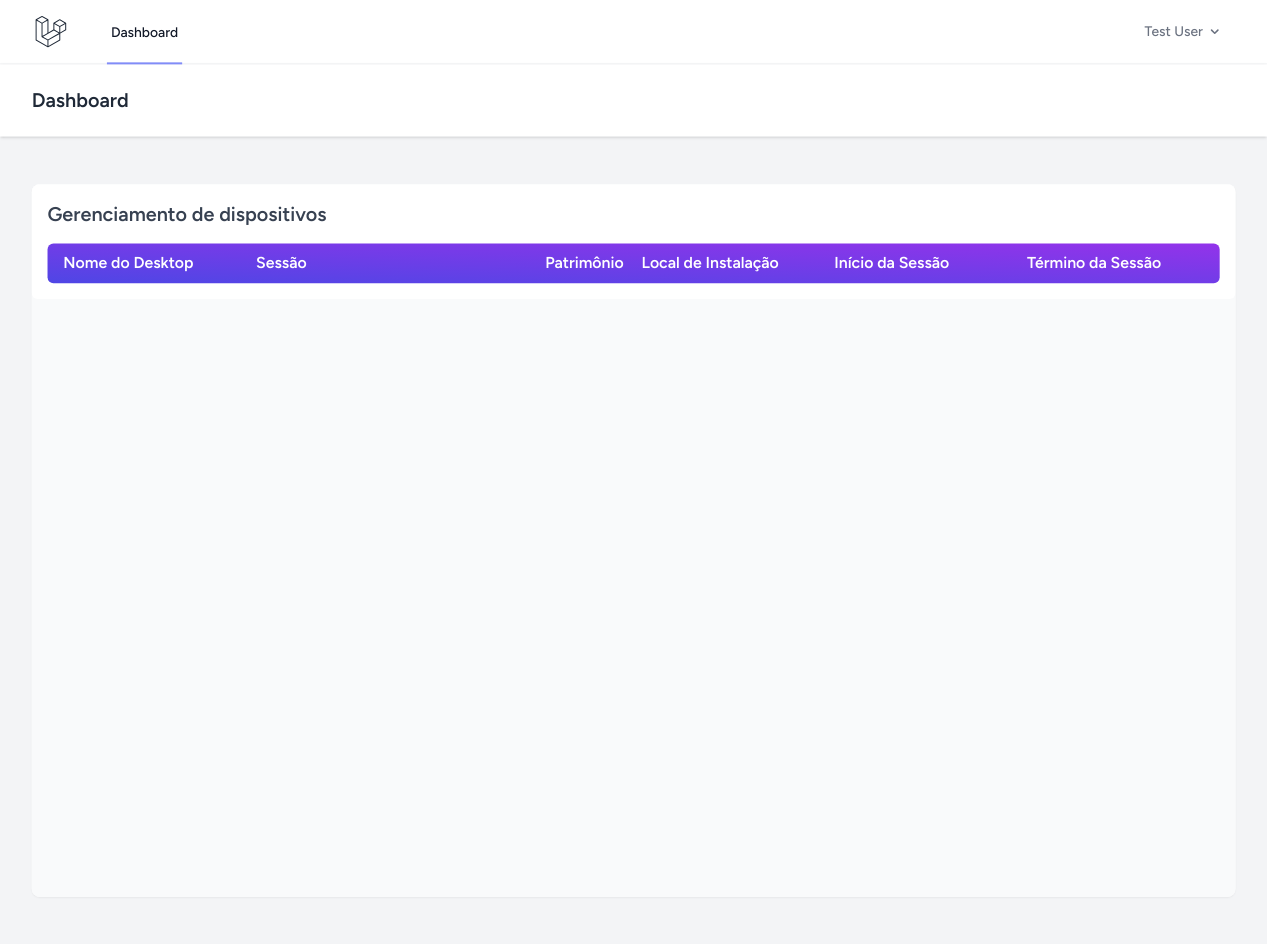
Repository: CrisMorgantee/device-logs
Page: http://localhost/dashboard
The author's editor kept a copy of each file at every save. The page is drawn from the files as they stood at one save, then again after the next save.
The browser window is 1280 px wide. The pictures show the whole page, at 99% of full size.
The page is served by the project's Laravel application, run on PHP 8.4 with Laravel 10. A made-up administrator, Test User (test@example.com), is signed in. Other server files are loaded and not shown. Style sheets and scripts are compiled from the project's sources, by tool versions that may differ from the author's. Queries for data that is not in the repository find no rows.

Above is the page before, as saved 2023-04-14 22:51:31.

### routes/web.php
<?php

use App\Http\Controllers\ProfileController;
use App\Http\Controllers\DeviceLogsController;
use Illuminate\Support\Facades\Route;

/*
|--------------------------------------------------------------------------
| Web Routes
|--------------------------------------------------------------------------
|
| Here is where you can register web routes for your application. These
| routes are loaded by the RouteServiceProvider and all of them will
| be assigned to the "web" middleware group. Make something great!
|
*/

Route::get('/', function () {
    return view('auth.login');
});

Route::get('/dashboard', [DeviceLogsController::class, 'index'])->middleware(['auth', 'verified'])->name('dashboard');

Route::middleware('auth')->group(function () {
    Route::get('/profile', [ProfileController::class, 'edit'])->name('profile.edit');
    Route::patch('/profile', [ProfileController::class, 'update'])->name('profile.update');
    Route::delete('/profile', [ProfileController::class, 'destroy'])->name('profile.destroy');
});

require __DIR__.'/auth.php';

### app/Http/Controllers/DeviceLogsController.php
<?php

namespace App\Http\Controllers;

use App\Models\DeviceLogs;
use Illuminate\Http\Request;

class DeviceLogsController extends Controller
{
    /**
     * Display a listing of the resource.
     */
    public function index()
    {
        $logs = DeviceLogs::all();

        return view('dashboard', ['logs' => $logs]);
    }

    /**
     * Show the form for creating a new resource.
     */
    public function create()
    {
        //
    }

    /**
     * Store a newly created resource in storage.
     */
    public function store(Request $request)
    {
        //
    }

    /**
     * Display the specified resource.
     */
    public function show(DeviceLogs $deviceLogs)
    {
        //
    }

    /**
     * Show the form for editing the specified resource.
     */
    public function edit(DeviceLogs $deviceLogs)
    {
        //
    }

    /**
     * Update the specified resource in storage.
     */
    public function update(Request $request, DeviceLogs $deviceLogs)
    {
        //
    }

    /**
     * Remove the specified resource from storage.
     */
    public function destroy(DeviceLogs $deviceLogs)
    {
        //
    }
}

### app/Models/DeviceLogs.php
<?php

namespace App\Models;

use Illuminate\Database\Eloquent\Factories\HasFactory;
use Illuminate\Database\Eloquent\Model;

class DeviceLogs extends Model
{
    use HasFactory;

    public $fillable = [
        'machine_name',
        'session',
        'patrimony',
        'location'
    ];


    protected $dates = [
      'start_session_at',
      'end_session_at'
  ];

}

### resources/views/dashboard.blade.php
<x-app-layout>
  <x-slot name="header">
    <h2 class="text-xl font-semibold leading-tight text-gray-800">
      {{ __('Dashboard') }}
    </h2>
  </x-slot>

  <div class="py-12">
    <div class="mx-auto max-w-7xl sm:px-6 lg:px-8">
      <div class="overflow-hidden bg-white shadow-sm sm:rounded-lg">
        <div class="min-h-screen bg-gray-50">
          <div class="rounded-md bg-white p-4">
            <h2 class="mb-4 text-xl font-bold text-gray-700">Gerenciamento de dispositivos</h2>

            <div
              class="text-md grid grid-cols-12 gap-4 rounded-md bg-gradient-to-tr from-indigo-600 to-purple-600 py-2 px-4 font-bold text-white">
              <div class="col-span-2">
                <span>Nome do Desktop</span>
              </div>
              <div class="col-span-3">
                <span>Sessão</span>
              </div>
              <div class="col-span-1">
                <span>Patrimônio</span>
              </div>
              <div class="col-span-2">
                <span>Local de Instalação</span>
              </div>
              <div class="col-span-2">
                <span>Início da Sessão</span>
              </div>
              <div class="col-span-2">
                <span>Término da Sessão</span>
              </div>
            </div>
            <div>
              @foreach ($logs as $deviceLog)
                <div class="mt-4 grid grid-cols-12 gap-4 border-t px-4 text-sm font-normal first:border-none">
                  <div class="col-span-2">
                    <span>{{ $deviceLog->machine_name }}</span>
                  </div>
                  <div class="col-span-3">
                    <span>{{ $deviceLog->session }}</span>
                  </div>
                  <div class="col-span-1">
                    <span>{{ $deviceLog->patrimony }}</span>
                  </div>
                  <div class="col-span-2">
                    <span>{{ $deviceLog->location }}</span>
                  </div>
                  <div class="col-span-2">
                    <span>{{ $deviceLog->start_session_at }}</span>
                  </div>
                  <div class="col-span-2">
                    <span>{{ $deviceLog->end_session_at }}</span>
                  </div>
                </div>
              @endforeach
            </div>
          </div>
        </div>
      </div>
    </div>

</x-app-layout>

Loaded but not shown: app/Providers/AppServiceProvider.php (common file); routes/auth.php (common file); app/Http/Controllers/Auth/EmailVerificationPromptController.php (common file); app/Http/Controllers/Controller.php (common file); app/Http/Controllers/Auth/VerifyEmailController.php (common file); app/Models/User.php (common file); app/View/Components/AppLayout.php (common file); resources/views/layouts/app.blade.php (common file); resources/views/layouts/navigation.blade.php (common file); resources/views/components/application-logo.blade.php (common file); resources/views/components/nav-link.blade.php (common file); resources/views/components/dropdown-link.blade.php (common file); resources/views/components/dropdown.blade.php (common file); resources/views/components/responsive-nav-link.blade.php (common file); resources/css/app.css (common file); tailwind.config.js (common file); resources/js/app.js (common file); resources/js/bootstrap.js (common file)

After the next save:
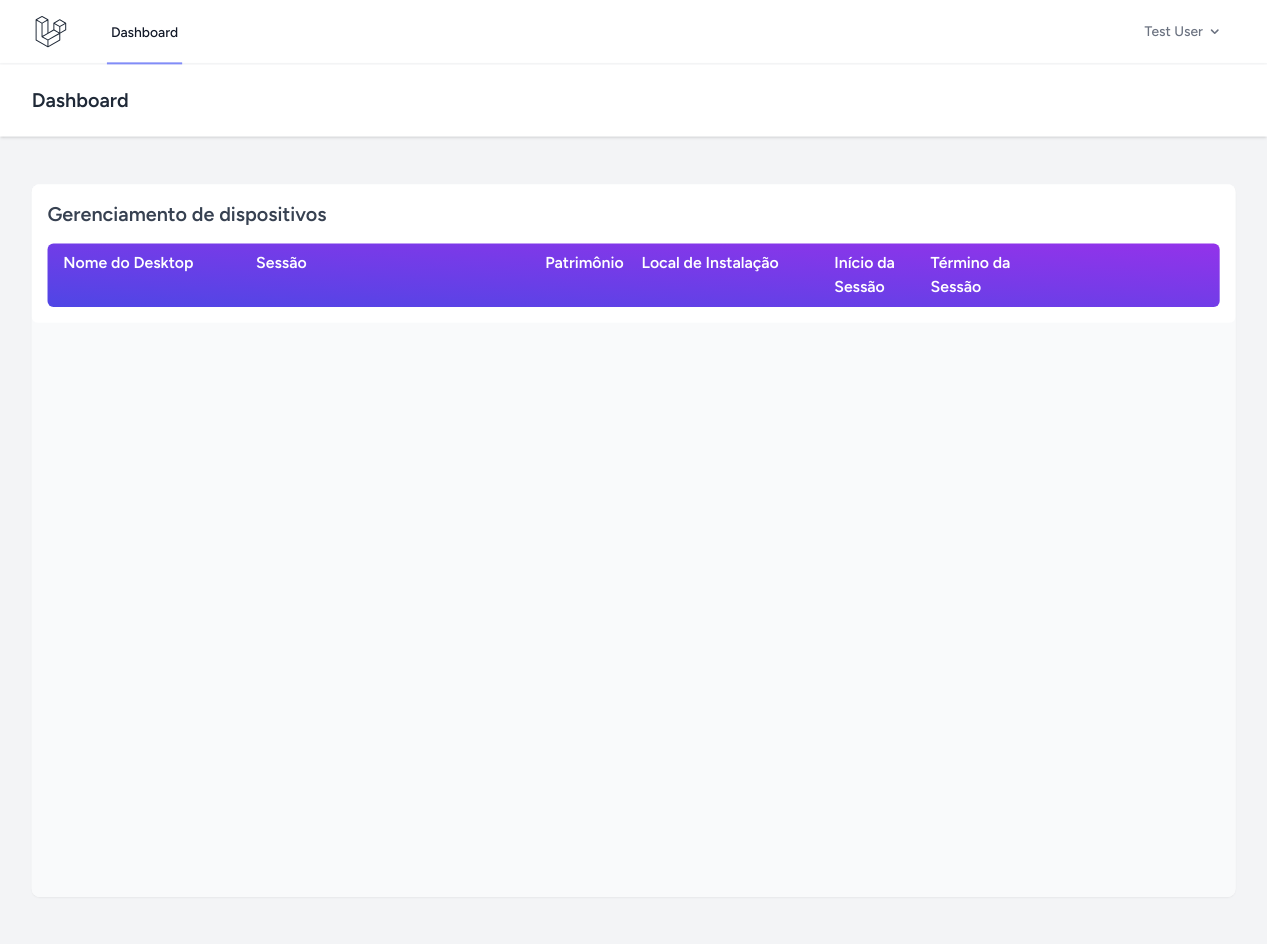
Saved 15 s later.
--- a/resources/views/dashboard.blade.php
+++ b/resources/views/dashboard.blade.php
@@ -26,10 +26,10 @@
               <div class="col-span-2">
                 <span>Local de Instalação</span>
               </div>
-              <div class="col-span-2">
+              <div class="col-span-1">
                 <span>Início da Sessão</span>
               </div>
-              <div class="col-span-2">
+              <div class="col-span-1">
                 <span>Término da Sessão</span>
               </div>
             </div>
